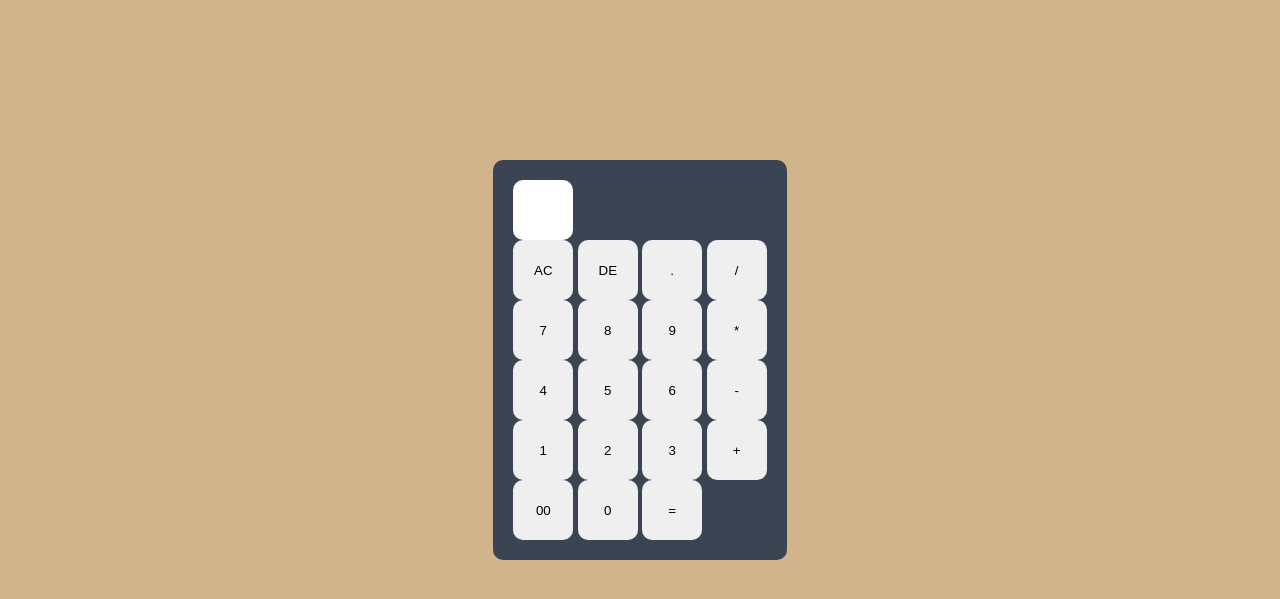
Repository: Anureet23/Calculator
Page: index.html
These files come from the project's save history. The page is drawn as it stood at one moment and after the next save; the edit follows.
The browser window is 1280 px wide. The pictures show the whole page.

Above is the page before, as saved 2023-02-07 22:54:41.

### index.html
<!DOCTYPE html>
<html>
    <head>
<meta name ="viewport" content="width=device-width,initial-scale=1.0">
<title>Calculator using JavaScript</title>
<link rel="stylesheet" href="style.css">
    </head>
    <body>
<div class="container">
<div class="calculator">
   <form>
       <div>
           <input type="text" name ="display">
       </div>
       <div>
           <input type="button" value="AC">
           <input type="button" value="DE">
           <input type="button" value=".">
           <input type="button" value="/">
       </div>
       <div>
        <input type="button" value="7">
        <input type="button" value="8">
        <input type="button" value="9">
        <input type="button" value="*">
    </div>
    <div>
        <input type="button" value="4">
        <input type="button" value="5">
        <input type="button" value="6">
        <input type="button" value="-">
    </div>
    <div>
        <input type="button" value="1">
        <input type="button" value="2">
        <input type="button" value="3">
        <input type="button" value="+">
    </div>
    <div>
        <input type="button" value="00">
        <input type="button" value="0">
        <input type="button" value="=">

    </div>
   </form>
</div>
</div>


    </body>
</html>

### style.css
*{
    margin:0;
    padding:0;
    font-family: 'Poppins',sans-serif;
    box-sizing: border-box;
}

.container{
    width: 100%;
    height:100vh;
    background:#D2B48C;
    display:flex;
    align-items:center;
    justify-content: center;

}
.calculator{
    background:#3a4452;
    padding:20px;
    border-radius:10px;
}
.calculator form input{
    border:0;
    outline:0;
    width: 60px;
    height: 60px;
    border-radius:10px;
    box-shadow: -8px -8px 15px rgba(255,255,255,0.1),  ;
}

After the next save:
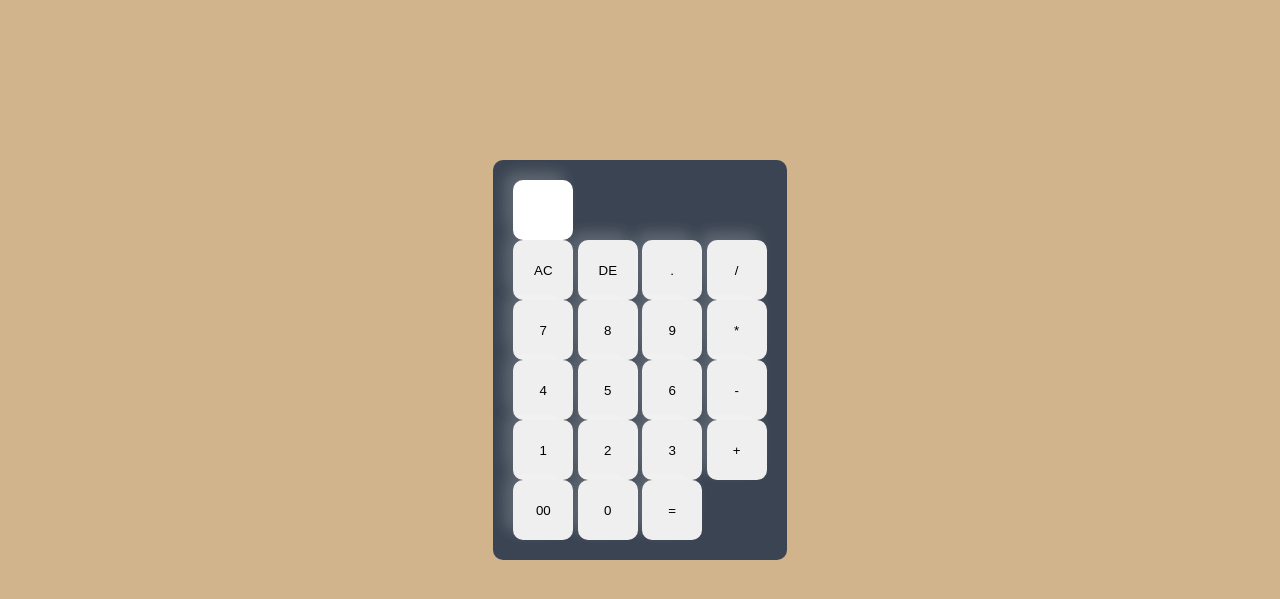
Saved 7 s later.
--- a/style.css
+++ b/style.css
@@ -25,5 +25,5 @@
     width: 60px;
     height: 60px;
     border-radius:10px;
-    box-shadow: -8px -8px 15px rgba(255,255,255,0.1),  ;
+    box-shadow: -8px -8px 15px rgba(255,255,255,0.1), -8px -8px 15px rgba(255,255,255,0.1) ;
 }
